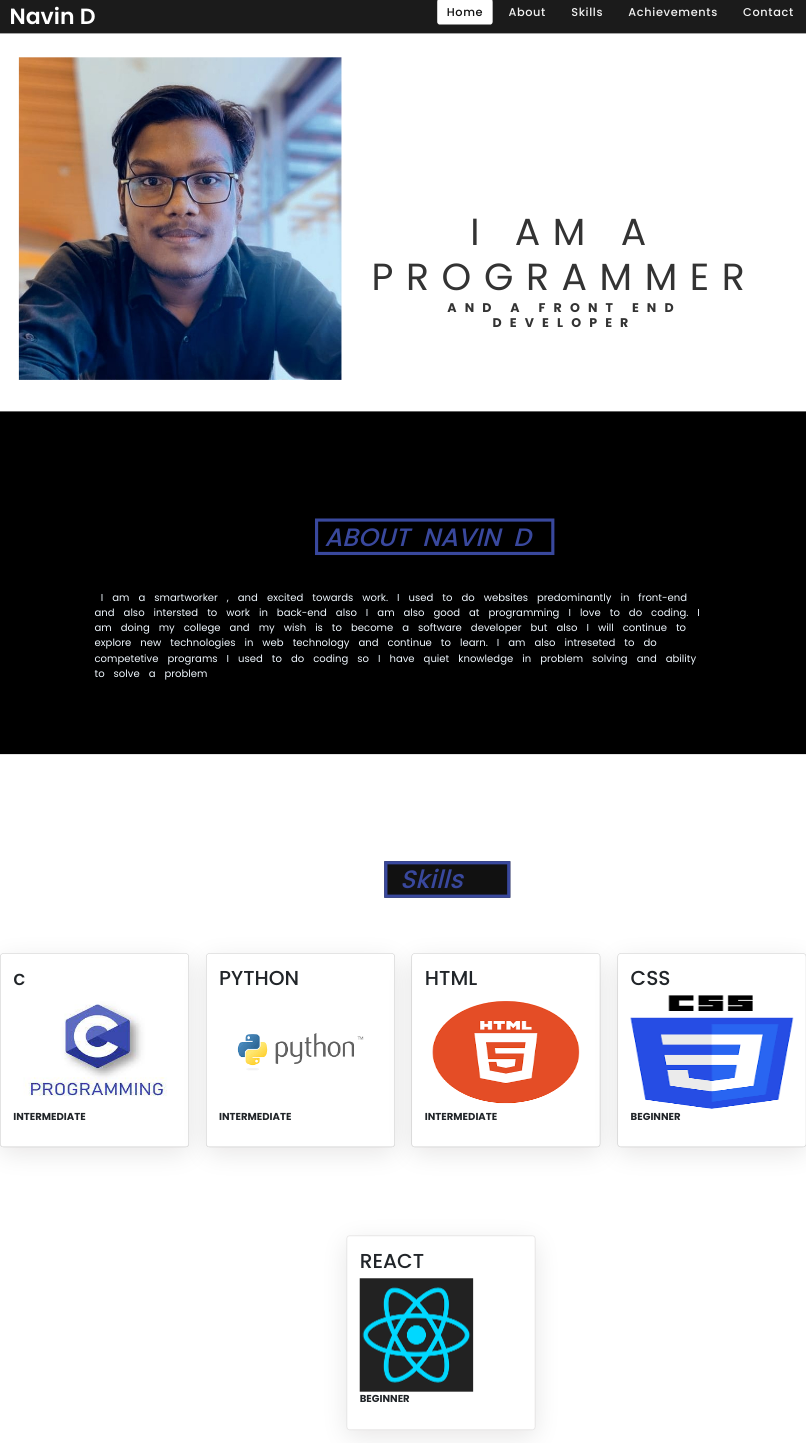
Repository: NavinDayanithi/OIBSIP
Page: Portfolio/index.html
The author's editor kept a copy of each file at every save. The page is drawn from the files as they stood at one save, then again after a run of saves.
The browser window is 1280 px wide. The pictures show the whole page, at 63% of full size.

Above is the page before, as saved 2023-02-21 20:40:05.
Console error: TypeError: Cannot read properties of undefined (reading 'fn')

### Portfolio/index.html
<!DOCTYPE html>
<!-- Created By CodingNepal -->
<html lang="en" dir="ltr">
   <head>

      <meta charset="utf-8">
      <title>Navin's Portfolio</title>
      <script src="https://cdnjs.cloudflare.com/ajax/libs/OwlCarousel2/2.3.4/owl.carousel.min.js"></script>
      <script type="text/javascript" src="script.js"></script>
      <link rel="stylesheet" href="style.css">
      <link rel="stylesheet" href="https://cdnjs.cloudflare.com/ajax/libs/font-awesome/5.15.3/css/all.min.css"/>
      <meta name="viewport" content="width=device-width, initial-scale=1.0">
      <link href="https://cdn.jsdelivr.net/npm/bootstrap@5.3.0-alpha1/dist/css/bootstrap.min.css" rel="stylesheet" integrity="sha384-GLhlTQ8iRABdZLl6O3oVMWSktQOp6b7In1Zl3/Jr59b6EGGoI1aFkw7cmDA6j6gD" crossorigin="anonymous">
   </head>
   <body>
      <nav>
         <div class="logo">
            Navin D
         </div>
         <input type="checkbox" id="click">
         <label for="click" class="menu-btn">
         <i class="fas fa-bars"></i>
         </label>
         <ul>
            <li><a class="active" href="#">Home</a></li>
            <li><a href="#about">About</a></li>
            <li><a href="#skills">Skills</a></li>
            <li><a href="#achi">Achievements</a></li>
            <li><a href="#contact">Contact</a></li>
         </ul>
      </nav>
      <div >
        <img src="navinppimg.jpeg"  class="img1" alt="navinimg">
      </div>
      <div class="text-box">
        <h1 class="heading-primary">
         <span class="heading-primary-main">I am a Programmer</span>
          <span class="heading-primary-sub">and a front end developer</span>
         </h1>
   </div>
   <section class="about" id="about">
      <!-- <img class="about-img" src="https://embetronicx.com/wp-content/uploads/2017/08/background.jpg"  class="img1" alt="navinimg"> -->
      <div class="about-text">
         <h1> <i>ABOUT NAVIN D</i></h1>
         <br/>
         <br/>

         <p> I am a smartworker , and excited towards work.
             I used to do websites predominantly in front-end
             and also intersted to work in back-end also
             I am also good at programming I love to do coding. I am doing my college and my wish is to become a software developer but also I will continue to explore new technologies in web technology and continue to learn. I am also intreseted to do competetive programs I used to do coding so I have quiet knowledge in problem solving

            and ability to solve a problem</p>
      </div>


</section>
<section class="skills" id="skills">
    <h1><i>Skills</i></h1>

<div class="card-container">
   <div class="card">
     <h2>c</h2>
     <img class="c" src="c logo.jfif"></img>
     <p><b>INTERMEDIATE</b></p>
   </div>
   <div class="card">
     <h2>PYTHON</h2>
     <img class="py" src="py.png"></img>
     <p><b>INTERMEDIATE</b></p>
   </div>
   <div class="card">
     <h2>HTML</h2>
     <img class ="html" src="htmllogo.png"></img>
     <p><b>INTERMEDIATE</b></p>
   </div>
   <div class="card">
     <h2>CSS</h2>
     <img class ="css" src="css.png"></img>
     <p><b>BEGINNER</b></p>
   </div>

   <!-- <div class="card">
      <h2>CSS</h2>
      <img class ="react" src="react2.png"></img>
      <p><b>BEGINNER</b></p>
    </div>

 </div> -->
 </section>
 <section>
 <div class="card5">
   <h2>REACT</h2>
   <img class ="react" src="react2.png"></img>
   <p><b>BEGINNER</b></p>
 </div>
</section>
 <section class="achievements" id="achi">


 </section>
       </body>
</html>

### Portfolio/style.css
@import url('https://fonts.googleapis.com/css?family=Poppins:400,500,600,700&display=swap');
*{
  margin: 0;
  padding: 0;
  box-sizing: border-box;
  font-family: 'Poppins', sans-serif;
}
nav{
  display: flex;
  height: 100%;
  width: 100%;
  background: #1b1b1b;
  align-items: center;
  justify-content: space-between;
  /* padding: 0 50px 0 50px; */
  /* flex-wrap: wrap; */
}
nav .logo{
  color: #fff;
  font-size: 35px;
  font-weight: 600;
  margin-left: 15px;
}
nav ul{
  display: flex;
  flex-wrap: wrap;
  list-style: none;
}
nav ul li{
  margin: 0 5px;
}
nav ul li a{
  color: #f2f2f2;
  text-decoration: none;
  font-size: 18px;
  font-weight: 500;
  padding: 8px 15px;
  border-radius: 5px;
  letter-spacing: 1px;
  transition: all 0.3s ease;
}
nav ul li a.active,
nav ul li a:hover{
  color: #111;
  background: #fff;
}
nav .menu-btn i{
  color: #fff;
  font-size: 22px;
  cursor: pointer;
  display: none;
}
input[type="checkbox"]{
  display: none;
}
@media (max-width: 1000px){
  nav{
    padding: 0 40px 0 50px;
  }
}
@media (max-width: 920px) {
  nav .menu-btn i{
    display: block;
  }
  #click:checked ~ .menu-btn i:before{
    content: "\f00d";
  }
  nav ul{
    position: fixed;
    top: 80px;
    left: -100%;
    background: #111;
    height: 100vh;
    width: 100%;
    text-align: center;
    display: block;
    transition: all 0.3s ease;
  }
  #click:checked ~ ul{
    left: 0;
  }
  nav ul li{
    width: 100%;
    margin: 40px 0;
  }
  nav ul li a{
    width: 100%;
    margin-left: -100%;
    display: block;
    font-size: 20px;
    transition: 0.6s cubic-bezier(0.68, -0.55, 0.265, 1.55);
  }
  #click:checked ~ ul li a{
    margin-left: 0px;
  }
  nav ul li a.active,
  nav ul li a:hover{
    background: none;
    color: cyan;
  }
}
.content{
  position: absolute;
  top: 50%;
  left: 50%;
  transform: translate(-50%, -50%);
  text-align: center;
  z-index: -1;
  width: 100%;
  padding: 0 30px;
  color: #1b1b1b;
}
.content div{
  font-size: 40px;
  font-weight: 700;
}

.text-box {
    position: absolute;
    top: 60%;
    left: 70%;
    transform: translate(-50%, -50%);
    text-align:center;
  }

  .heading-primary {
      color:#333;
      text-transform: uppercase;
  }

  .heading-primary-main {
      display: block;
      font-size: 60px;
      font-weight: 400;
      letter-spacing: 20px;
     /*  Animation decalaration   */
      animation-name: moveInleft;
      animation-duration: 3s;
  }

  .heading-primary-sub {
      display: block;
      font-size: 20px;
      font-weight: 700;
      letter-spacing: 12.9px;

      animation-name: moveInRight;
      animation-duration: 3s;
  }

  @keyframes moveInleft {
      0% {
          opacity: 0;
          transform: translateX(-100px);
      }

      80% {
          transform: translateX(10px);
      }
      100% {
          opacity: 1;
          transform: translate(0);
      }
  }

  @keyframes moveInRight {
      0% {
          opacity: 0;
          transform: translateX(100px);
      }

      80% {
          transform: translateX(-10px);
      }

      100% {
          opacity: 1;
          transform: translate(0);
      }

  }
  .img1{
    margin-left: 30px;
     margin-top: 3%;
    display: block;
    height:40%;
    width:40%;


  }
  .a{
    float: left;
    /* display: inline; */
    width: 50%;


  }
  .b{
    /* display: inline; */
    float:right;
    width: 50%;
    margin-left: 50px;


  }
   .about{
    background-color: black;
    /* height: 500px; */
    /* width: 100%; */
   margin-top: 50px;

  }

 .about-text {
  padding-top: 100px;
  padding-bottom: 100px;
   padding-left: 150px;
   padding-right: 150px;
   word-spacing: 10px;
   text-indent: 10px;
   color:aliceblue


}
.about-text h1{
  color: rgb(57, 72, 157);
   margin-top: 70px;
   margin-left:350px;
  border:5px solid rgb(57, 72, 157);
  width: 380px;

}
 .skills h1{
  color: rgb(57, 72, 157);
  background-color: #111;
  margin-top: 170px;
  margin-left:610px;
  padding-left: 20px;
 border:5px solid rgb(57, 72, 157);
 width: 200px;

 }



 .card-container {
  display: flex;
  flex-wrap: wrap;
  justify-content: space-between;
  align-items: center;
  padding-top: 80px;
}
.card {
  background-color: #fff;
  border: 1px solid #0b0a0a;
  border-radius: 5px;
  box-shadow: 0 10px 40px rgba(15, 1, 1, 0.1);
  margin-bottom: 20px;
  width: calc(33.33% - 10px);
  max-width: 300px;
  padding: 20px;
  box-sizing: border-box;

}
.c{
  height: 180px;
}
.py{
  height: 180px;
}
.css{
  height: 180px;
}
.html{
  height: 180px;
}
.react{
  height: 180px;
}
.card5 {
  background-color: #fff;
  border: 1px solid #dddada;
  border-radius: 5px;
  box-shadow: 0 10px 40px rgba(15, 1, 1, 0.1);
  margin-bottom: 20px;
  width: calc(33.33% - 10px);
  max-width: 300px;
  padding: 20px;
  box-sizing: border-box;
  margin-left: 550px;

margin-top: 120px;;
}

Loaded but not shown: Portfolio/script.js (common file)

After the next 2 saves:
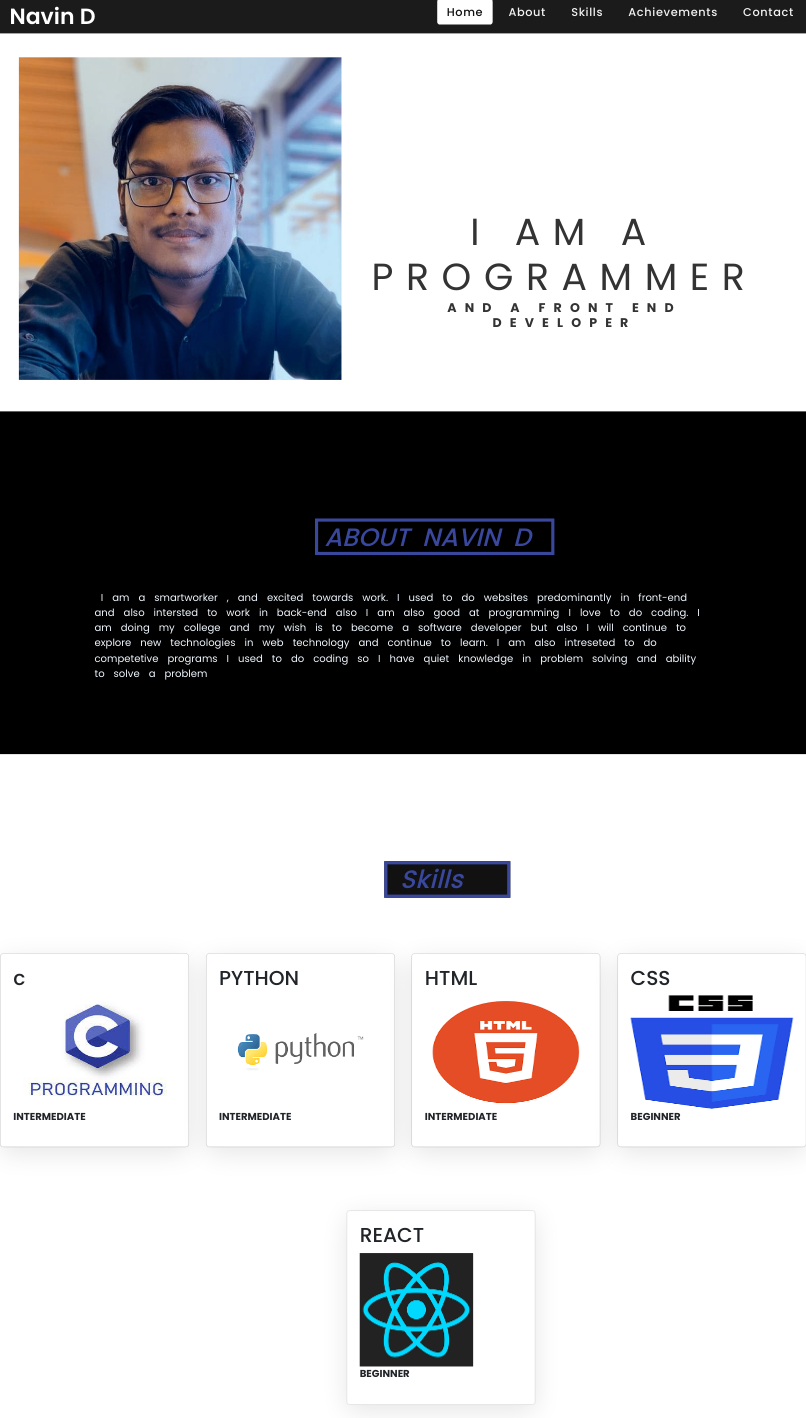
The 2 saves are shown as one change because they came seconds apart.
The last was saved 9 s later.
--- a/Portfolio/style.css
+++ b/Portfolio/style.css
@@ -289,5 +289,5 @@
   box-sizing: border-box;
   margin-left: 550px;
 
-margin-top: 120px;;
-}
+margin-top: 80px;;
+}
